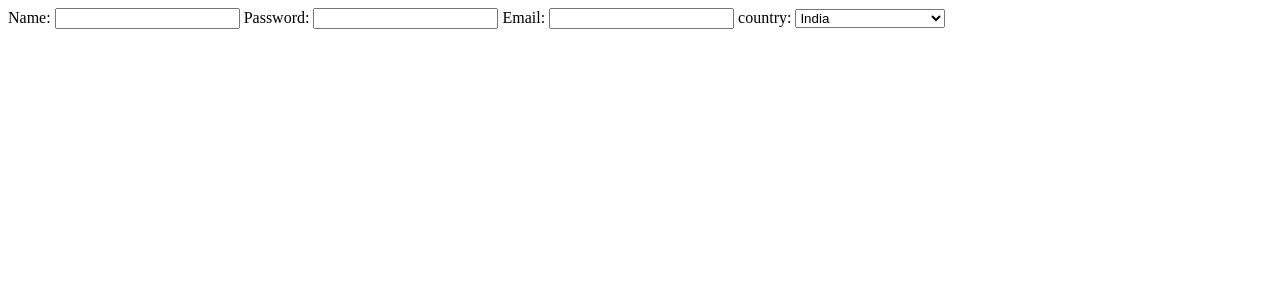
Repository: ssaxena16/SpecialProjects
Page: Advanced_java/CRUD_Servlet/WebContent/index.html
An editor plug-in stored every save of this project. The page is shown before and after the next save, followed by the edit.
The browser window is 1280 px wide. The pictures show the whole page.

Above is the page before, as saved 2018-08-07 16:54:41.

After the next save:
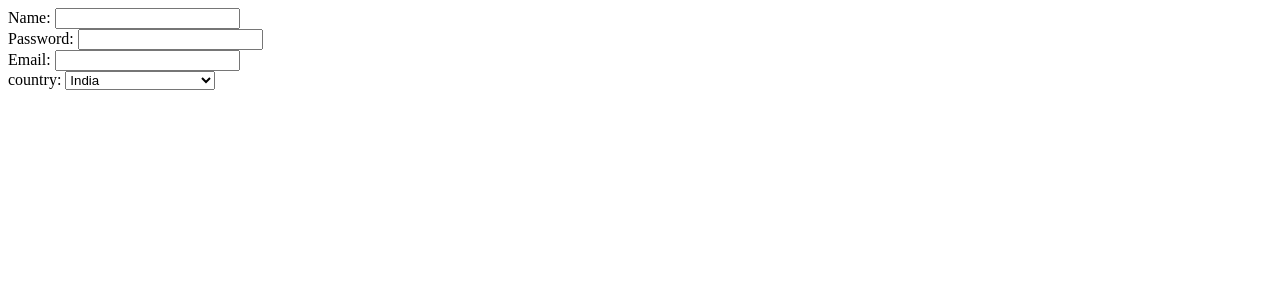
Saved 68 s later.
--- a/Advanced_java/CRUD_Servlet/WebContent/index.html
+++ b/Advanced_java/CRUD_Servlet/WebContent/index.html
@@ -6,9 +6,9 @@
 </head>
 <body>
 <form action="add-employee" method = "post">
-Name: <input type = "text" name = "employeeName" >
-Password: <input type = "text" name = "employeePassword" >
-Email:  <input type = "text" name = "employeeEmail" >
+Name: <input type = "text" name = "employeeName" ><br>
+Password: <input type = "text" name = "employeePassword" ><br>
+Email:  <input type = "text" name = "employeeEmail" ><br>
 country: <select name = "country" style="width:150px">
 <option> India</option>
 <option> USA</option>
